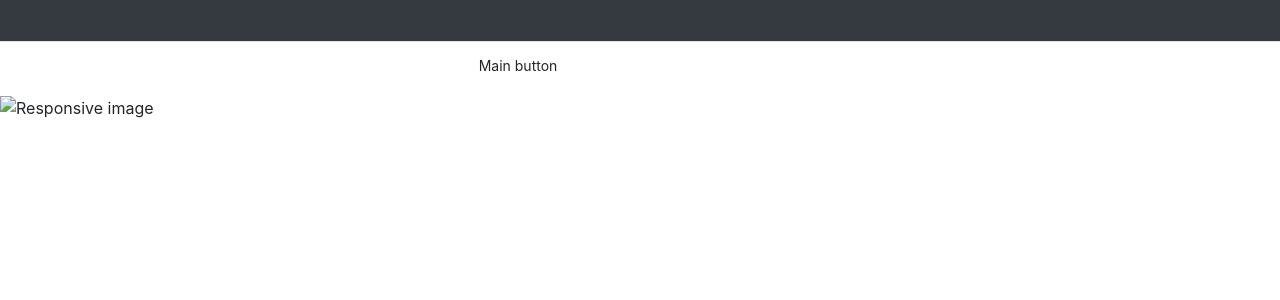
Repository: Alaa-OmarAlshobaki/portfolio
Page: index.html
The author's editor kept a copy of each file at every save. The page is drawn from the files as they stood at one save, then again after a run of saves.
The browser window is 1280 px wide. The pictures show the whole page.
Some web fonts or font styles are not loaded; a fallback is used.

Above is the page before, as saved 2020-03-12 00:06:10.

### index.html
<!DOCTYPE html>
<html lang="en">
  <head>
    <meta charset="UTF-8" />
    <meta name="viewport" content="width=device-width, initial-scale=1.0" />
    <link rel="icon" href="public/img/cv.png" type="image/gif" sizes="16x16">
    <link rel="stylesheet" href="public/fonts/icomoon/style.css">
    <link rel="stylesheet" href="public/fonts/flaticon/font/flaticon.css">
    <link rel="stylesheet" href="https://stackpath.bootstrapcdn.com/bootstrap/4.3.1/css/bootstrap.min.css" integrity="sha384-ggOyR0iXCbMQv3Xipma34MD+dH/1fQ784/j6cY/iJTQUOhcWr7x9JvoRxT2MZw1T" crossorigin="anonymous">
    <link href="https://fonts.googleapis.com/css?family=Dancing+Script&display=swap" rel="stylesheet">
    <link rel="stylesheet" href="public/js/jquery-ui/jquery-ui.css" />
    <link rel="stylesheet" href="public/css/style.css" />
    <script src="https://code.jquery.com/jquery-3.3.1.slim.min.js" integrity="sha384-q8i/X+965DzO0rT7abK41JStQIAqVgRVzpbzo5smXKp4YfRvH+8abtTE1Pi6jizo" crossorigin="anonymous"></script>
    <script src="https://cdnjs.cloudflare.com/ajax/libs/popper.js/1.14.7/umd/popper.min.js" integrity="sha384-UO2eT0CpHqdSJQ6hJty5KVphtPhzWj9WO1clHTMGa3JDZwrnQq4sF86dIHNDz0W1" crossorigin="anonymous"></script>
    <script src="https://stackpath.bootstrapcdn.com/bootstrap/4.3.1/js/bootstrap.min.js" integrity="sha384-JjSmVgyd0p3pXB1rRibZUAYoIIy6OrQ6VrjIEaFf/nJGzIxFDsf4x0xIM+B07jRM" crossorigin="anonymous"></script>
    <script type="text/javascript" src="public/js/jquery.js"></script>
    <script type="text/javascript" src="public/js/jquery-ui/jquery-ui.js"></script>

    <script>

      </script>

    <title>Portfolio</title>

    </style>
  </head>
  <body>

  <div class="site-wrap">
<!-- start section social header -->
  <section>

    <div class="border-bottom top-bar py-2 bg-dark" id="home-section">
      <div class="container">
        <div class="row">
         <div class="col-7"></div>
          <div class="col-5">
            <div class="row">
              <div class="col-2"><a href="https://github.com/Alaa-OmarAlshobaki"><span class="icon-github"></span></a></div>
              <div class="col-2"><a href="https://jo.linkedin.com/in/ala-a-omar-al-shobaki-1b4059186?trk=people-guest_people_search-card"><span class="icon-linkedin"></span></a></div>
              <div class="col-2"><a href="mailto:alaaomaralshobaki@gmail.com"><span class="icon-mail_outline"></span></a></div>
              <div class="col-2"><a href="tel:+962788320226"><span class="icon-phonelink_ring"></span></a></div>
            </div>
          </div>
        </div>
      </div>
    </div>

</section>
<!-- end section social header -->
<!-- start section header -->
<section>
   <!--Navbar-->
   <nav class="navbar navbar-expand-lg navbar-dark primary-color">

    <div class="container">

      <!-- Collapse button -->
      <button class="navbar-toggler float-right" type="button" data-toggle="collapse" data-target="#navbarSupportedContent"
        aria-controls="navbarSupportedContent" aria-expanded="false" aria-label="Toggle navigation">
        <span class="navbar-toggler-icon"></span>
      </button>

      <!-- Collapsible content -->
      <div class="collapse navbar-collapse justify-content-center" id="navbarSupportedContent">

        <!-- Links -->
        <ul class="navbar-nav">

          <li class="nav-item">
            <button class="btn btn-outline-white btn-sm" type="button">Main button</button>
          </li>

          <li class="nav-item">
            <a class="nav-link" href="#">Features</a>
          </li>
          <li class="nav-item">
            <a class="nav-link" href="#">Pricing</a>
          </li>

          <!-- Dropdown -->
          <li class="nav-item dropdown">
            <a class="nav-link dropdown-toggle" id="navbarDropdownMenuLink" data-toggle="dropdown" aria-haspopup="true"
              aria-expanded="false">Dropdown</a>
            <div class="dropdown-menu dropdown-primary" aria-labelledby="navbarDropdownMenuLink">
              <a class="dropdown-item" href="#">Action</a>
              <a class="dropdown-item" href="#">Another action</a>
              <a class="dropdown-item" href="#">Something else here</a>
            </div>
          </li>

        </ul>
        <!-- Links -->

      </div>
      <!-- CTA -->

    </div>

  </nav>
  <!--/.Navbar-->
</section>
<!-- end section header -->
<!-- start section cover -->
<section>
<div class="container-fluid">
  <div class="row">
    <img src="" class="img-fluid" alt="Responsive image">
  </div>
</div>
</section>
<!-- end section cover -->
  </div><!-- end div site-wrap-->
  </body>
</html>

### public/css/style.css
a {
  color: #32dbc6;
  text-decoration: none;
  background-color: transparent;
  font-size: 15px;
}
a:hover {
  color: #1da493;
  text-decoration: none;
}

Loaded but not shown: public/fonts/icomoon/style.css (common file); public/fonts/flaticon/font/flaticon.css (common file); public/js/jquery-ui/jquery-ui.css (library); public/js/jquery.js (library); public/js/jquery-ui.js (library)

After the next 4 saves:
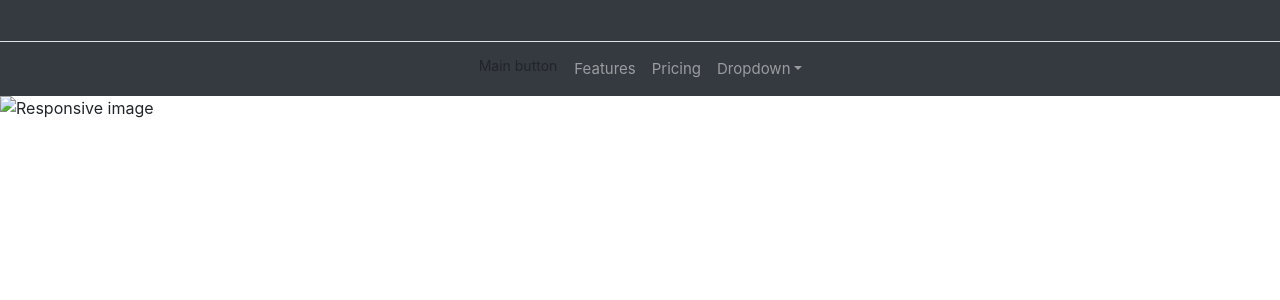
The 4 saves are shown as one change because they came seconds apart.
The last was saved 72 s later.
--- a/index.html
+++ b/index.html
@@ -51,7 +51,7 @@
 <!-- start section header -->
 <section>
    <!--Navbar-->
-   <nav class="navbar navbar-expand-lg navbar-dark primary-color">
+   <nav class="navbar navbar-expand-lg navbar-dark primary-color bg-dark">
 
     <div class="container">
 

After the 2 saves that followed:
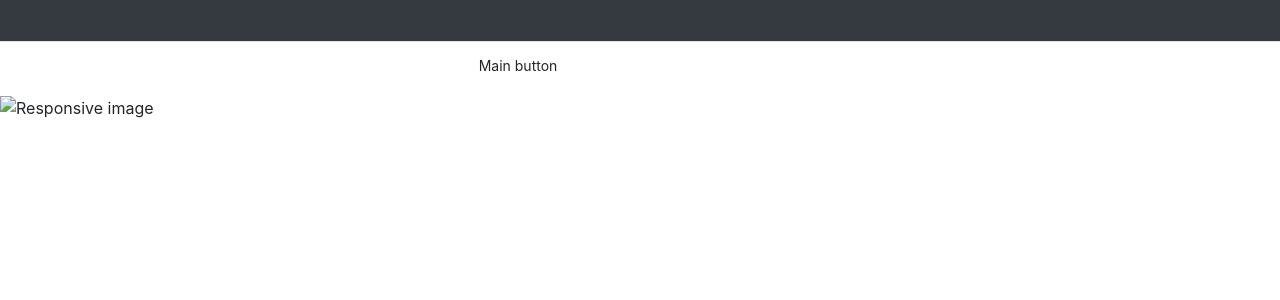
The 2 saves are shown as one change because they came seconds apart.
The last was saved 52 s later.
--- a/index.html
+++ b/index.html
@@ -51,7 +51,7 @@
 <!-- start section header -->
 <section>
    <!--Navbar-->
-   <nav class="navbar navbar-expand-lg navbar-dark primary-color bg-dark">
+   <nav class="navbar navbar-expand-lg navbar-dark primary-color bg">
 
     <div class="container">
 
